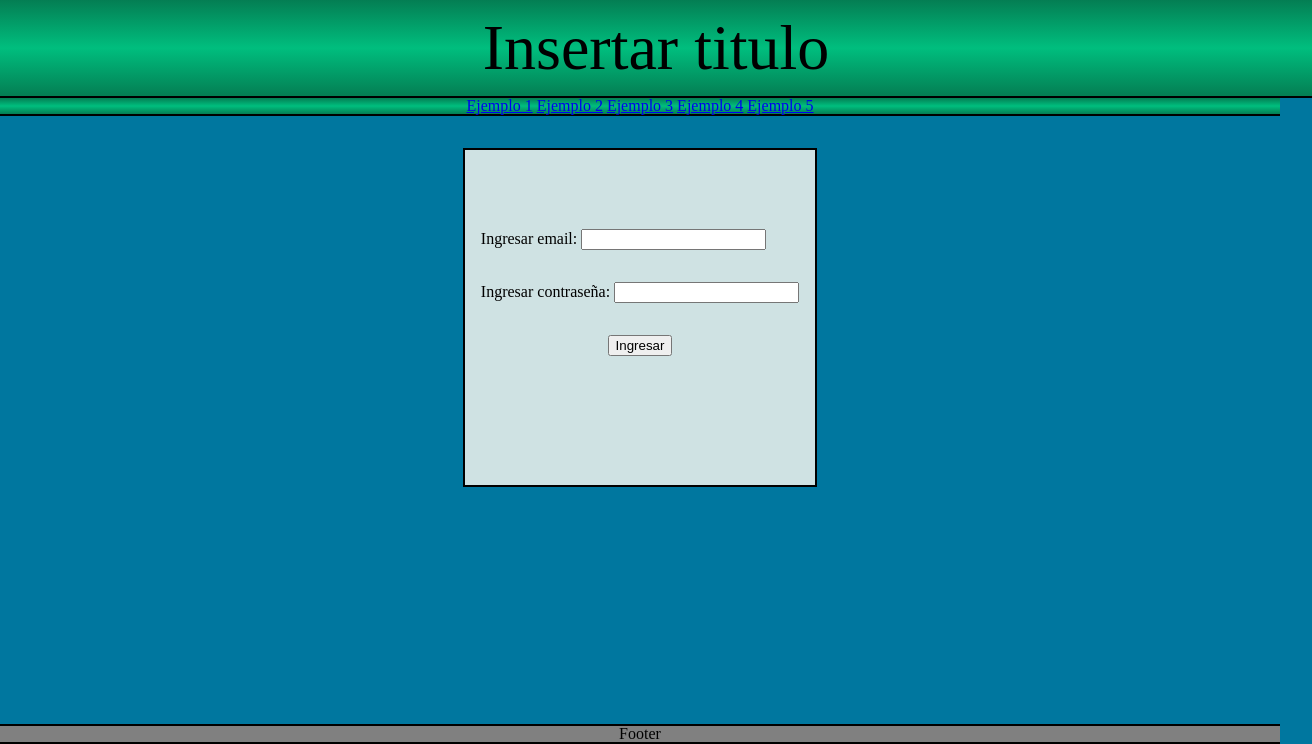
Repository: FacundoKinderknecht/Parcial-2-LPPA
Page: login/login.html
The author's editor kept a copy of each file at every save. The page is drawn from the files as they stood at one save, then again after the next save.
The browser window is 1280 px wide. The page is 1312 px wide, so the pictures cover 1312 px, including what lies to the right of the window. The pictures show the whole page.

Above is the page before, as saved 2022-07-06 10:36:39.

After the next save:
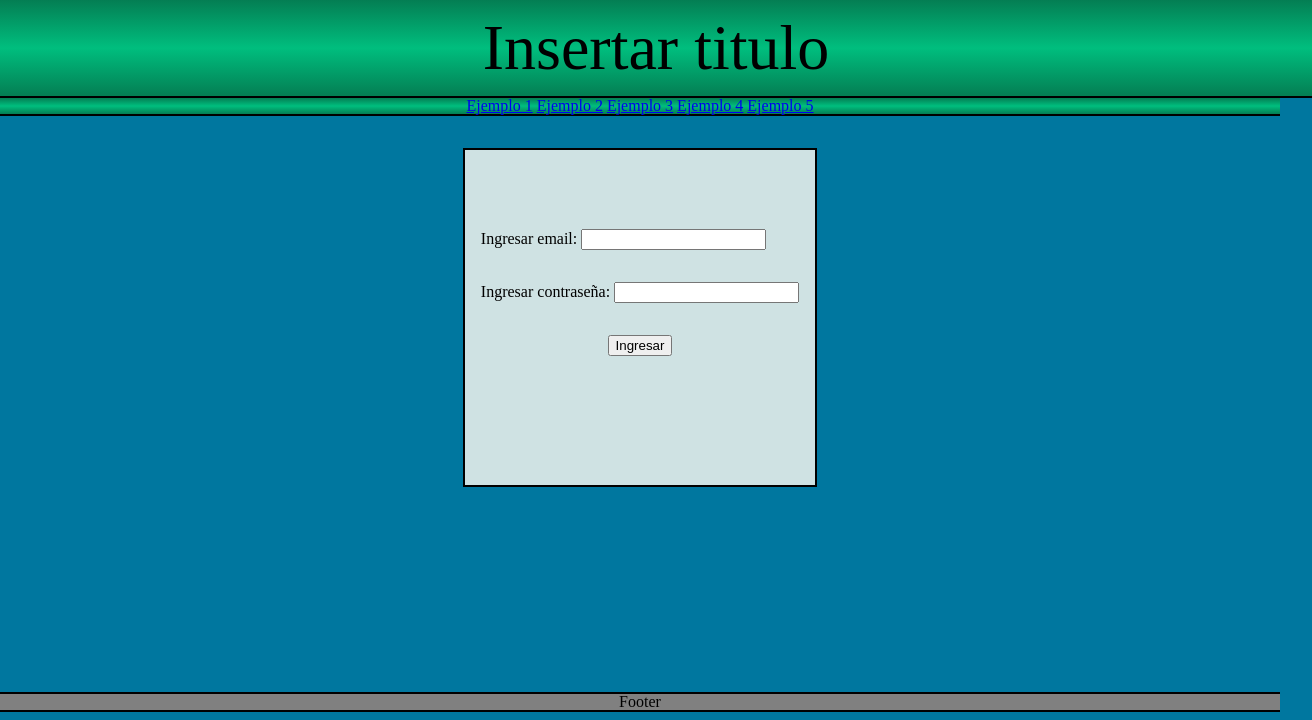
Saved 17 s later.
--- a/login/login.css
+++ b/login/login.css
@@ -26,7 +26,7 @@ body{
 main{
     display: inline-block;
     width: 70%;
-    padding: 2rem;
+    padding-top: 2rem;
     height: 34rem;
 }
 form{
